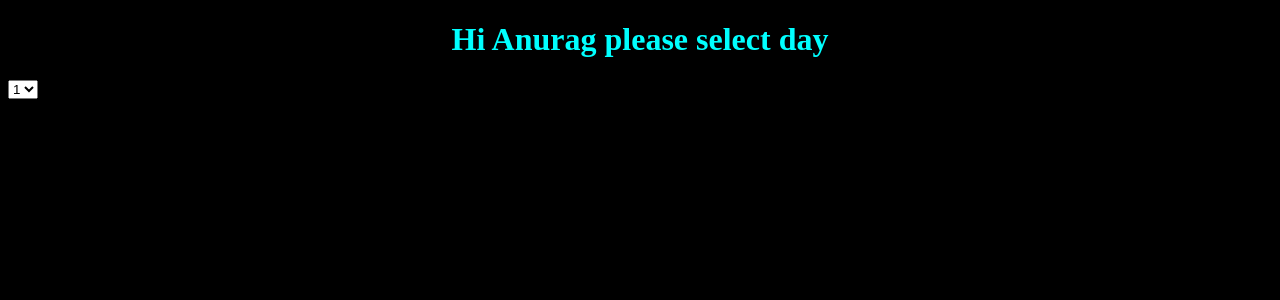
Repository: parveen95887/salesforceTest
Page: index.html
These files come from the project's save history. The page is drawn as it stood at one moment and after the next save; the edit follows.
The browser window is 1280 px wide. The pictures show the whole page.

Above is the page before, as saved 2024-08-27 16:34:05.

After the next save:
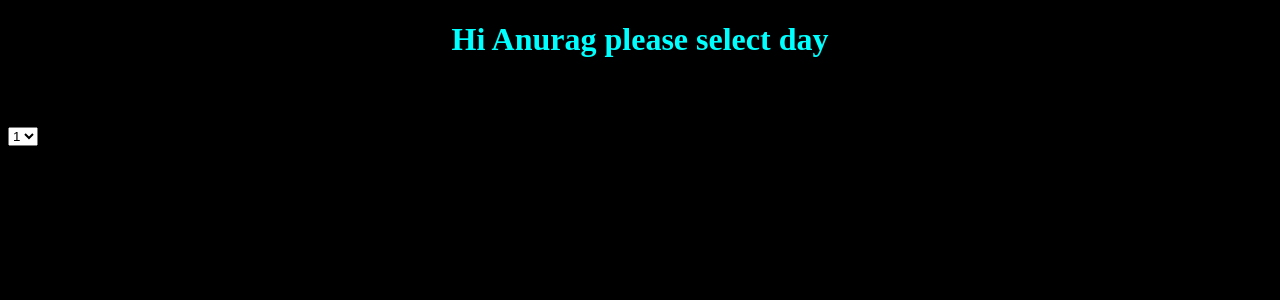
Saved 49 s later.
--- a/index.html
+++ b/index.html
@@ -8,7 +8,7 @@
 </head>
 <body>
     <h1>Hi Anurag please select day</h1>
-    <h2 id="heading"></h2>
+    <h2 id="heading">asa</h2>
     <script src="myscript.js"></script>
     <select id="selday">
         <option value="1">1</option>
